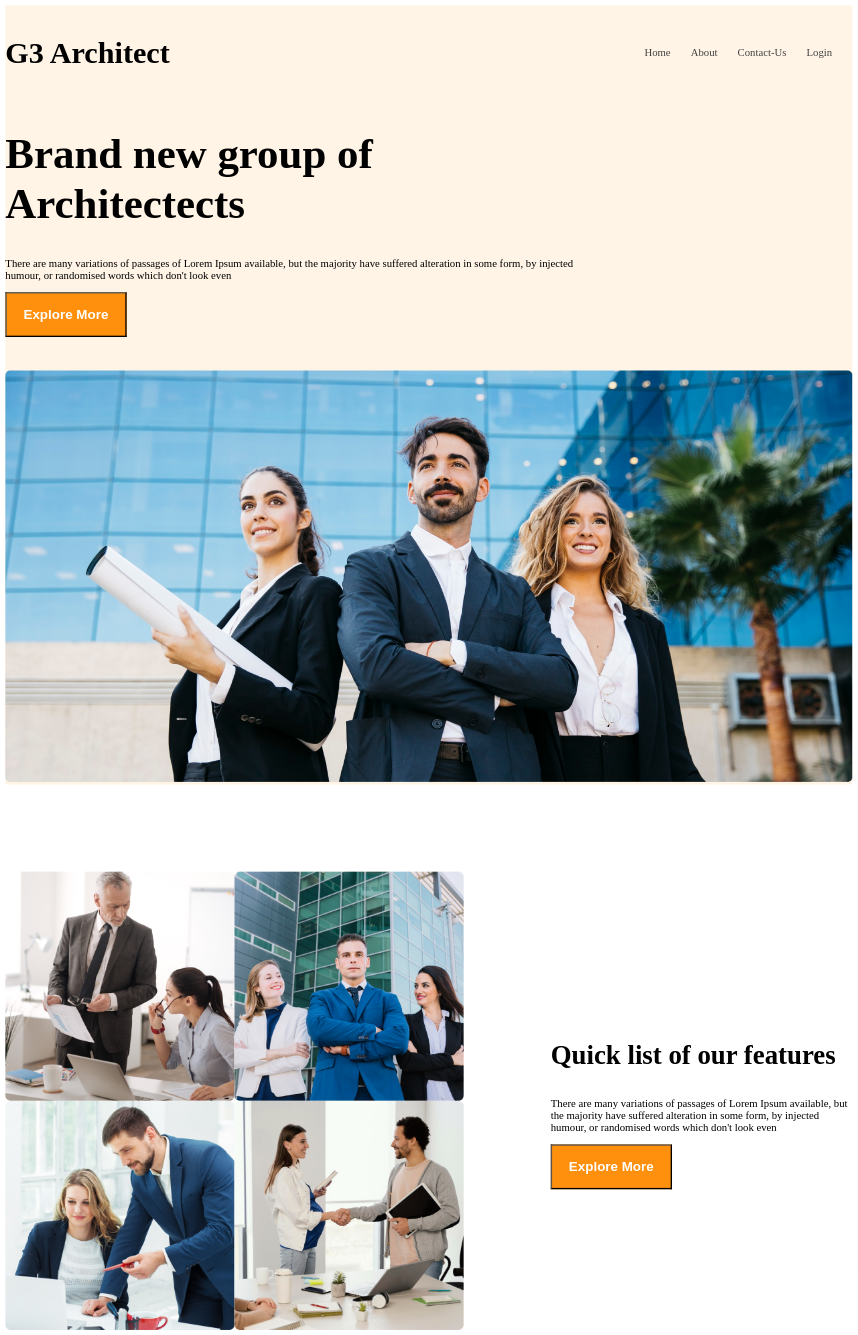
Repository: tanimtanzilislam/g3-architect-website
Page: index.html
These files come from the project's save history. The page is drawn as it stood at one moment and after the next save; the edit follows.
The browser window is 1280 px wide. The pictures show the whole page, at 67% of full size.

Above is the page before, as saved 2026-02-06 16:37:10.

### index.html
<!DOCTYPE html>
<html lang="en">
<head>
    <meta charset="UTF-8">
    <meta name="viewport" content="width=device-width, initial-scale=1.0">
    <title>G3 Architecture</title>
    <link rel="stylesheet" href="styles/styles.css">
</head>
<body class=".work-sans-font">
    <header class="bg-light" >
        <nav class="navbar display-flex">
            <h3 class="brand">G3 Architect </h3>
             <ul class="nav-links display-flex">

                <li class="nav-item"><a href="" class="nav-link text-gray">Home</a></li>
                <li class="nav-item"><a href="" class="nav-link text-gray">About</a></li>
                <li class="nav-item"><a href="" class="nav-link text-gray">Contact-Us</a></li>
                <li class="nav-item"><a href="" class="nav-link text-gray">Login</a></li>
             </ul>
        </nav>

        <div class="banner">
        <div class="banner-content">
        <h1 class="banner-title">
                Brand new group of Architectects
            </h1>
            <p class="banner-description">
                There are many variations of passages of Lorem Ipsum available, but the majority have suffered alteration in some form, by injected humour, or randomised words which don't look even
            </p>
            <button class="btn-primary">Explore More</button>
            </div>

            <img class="banner-image" src="images/banner.png" alt="">
        </div>
    </header>
    <main>
        <section class="teams display-flex">

            <div class="team-imag-container">

                <img src="images/team1.png" alt="two at=rchitect discussing about design">
                 <img src="images/team2.png" alt="">
                 <img src="images/team3.png" alt="">
                 <img src="images/team4.png" alt="">
            </div>

            <div class="our-features">
                <h3 class="feature-title"> <span id="quick-list">Quick list </span><span>of our</span> <span>features</span></h3>
                 <p class="feature-description">
                    There are many variations of passages of Lorem Ipsum available, but the majority have suffered alteration in some form, by injected humour, or randomised words which don't look even
                 </p>
                 <button class="btn-primary">Explore More</button>
            </div>




        </section>
    </main>
    <footer></footer>

</body>
</html>

### styles/styles.css

@import url('https://fonts.googleapis.com/css2?family=Work+Sans:ital,wght@0,100..900;1,100..900&display=swap');

.work-sans-font{
  font-family: "Work Sans", sans-serif;
  font-optical-sizing: auto;
  font-weight: 400;
  font-style: normal;
}

/* shared styles */
.display-flex{
  display:flex;
}

.text-gray{
  color:#424242;
}

/* dark02 */
.text-light-gray{

color:#727272;

}

/* header styles */

.navbar{
  justify-content: space-between;
  align-items:center
}
.brand{
  font-weight:700;
  font-size:45px;
}

/* navbar related styles */
.bg-light{
  background-color: rgba(255,144,14,0.1);
}

.nav-item{
  list-style:none;
  margin-right:30px;
}

.nav-link{
  text-decoration:none;
  font-weight:500;
}
.navbar ,.banner{
  max-width:1440px;
  margin:0 auto;
}

/* banner related styles */

.banner-content{
  max-width:850px;
  margin-bottom:50px;

}
.banner-title{
  font-weight: 700;
  font-size:4em;
}
.btn-primary{
  background-color:#FF900E;
  color:white;
  padding:20px 25px;
  font-size: 1.25rem;
  font-weight:600;
  border-radius: none;

}
.banner-image{
  width:100%;

}

/* team and feature related styles */

.teams{
  align-items:center;

}
.team-imag-container{
  display:grid;
  grid-template-columns: repeat(2,1fr);

}
main>section{
  margin-top:130px;
}

.our-features{
  margin-left: 130px;
  max-width: 530px;

}

.feature-title{
  font-size:2.5rem;
}
#quick-list{
  font-weight:500px;
}

/* responsive media query */
 @media screen and( max-width:576px){
  .navbar ,.nav-links{

    flex-direction: column;


  }

}

main{
  max-width:1440px;
  margin:0px auto;

}

After the next save:
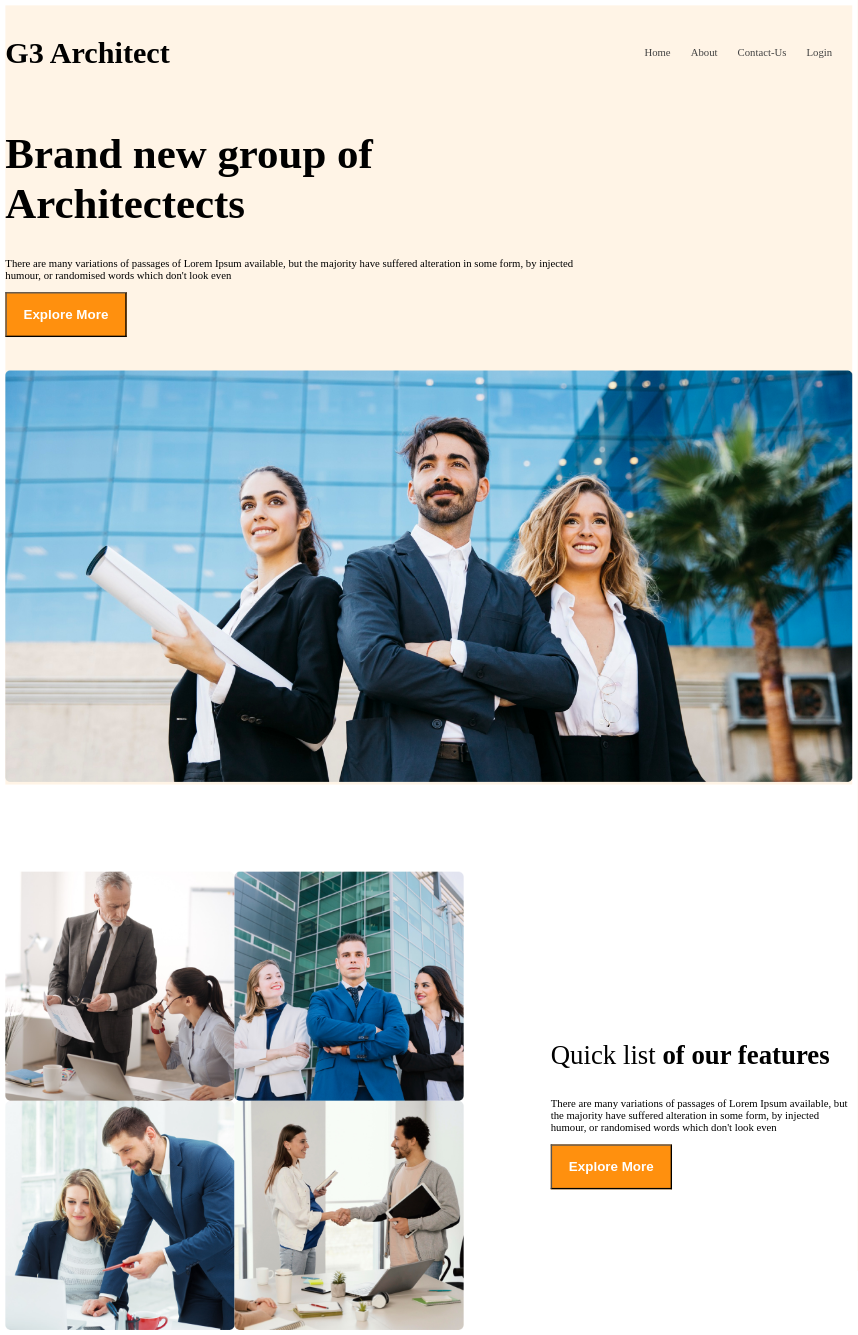
Saved 5 s later.
--- a/styles/styles.css
+++ b/styles/styles.css
@@ -104,7 +104,7 @@
   font-size:2.5rem;
 }
 #quick-list{
-  font-weight:500px;
+  font-weight:500;
 }
 
 /* responsive media query */
